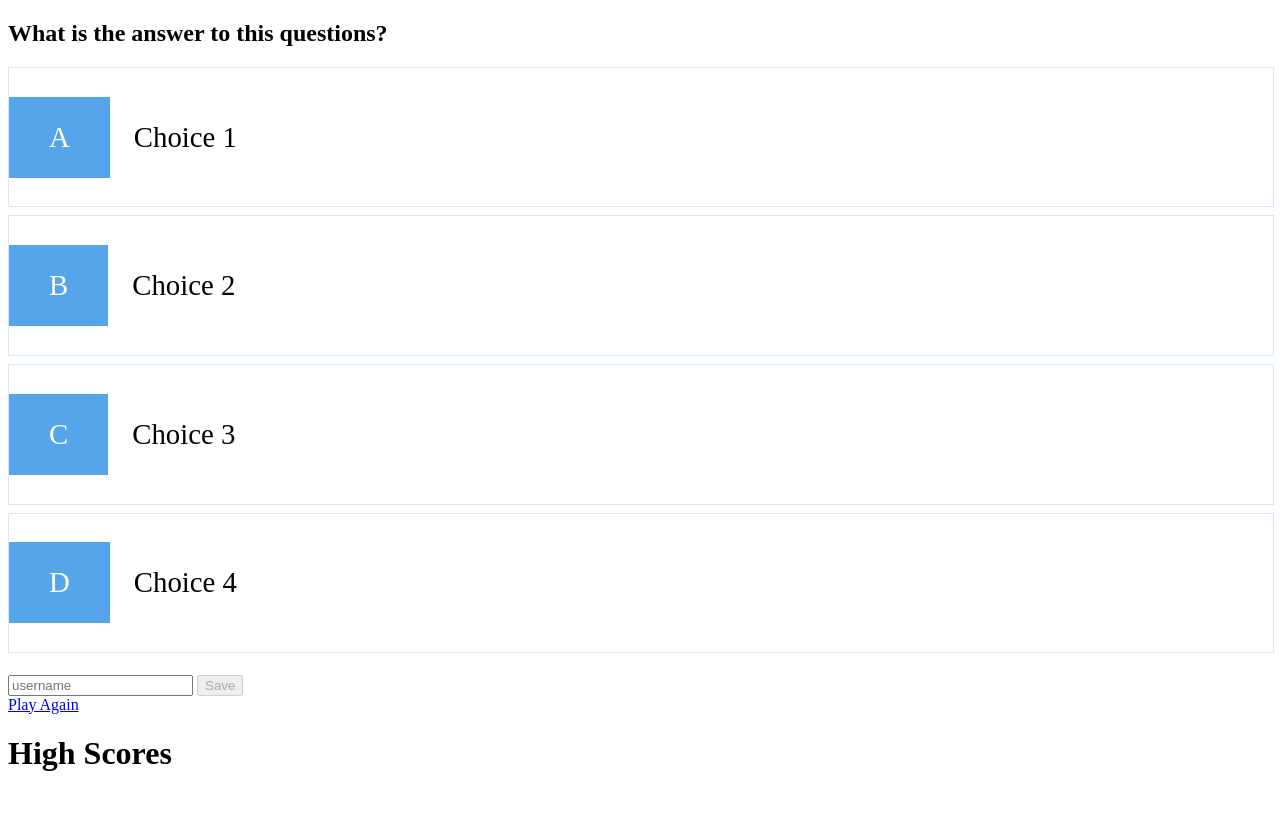
Repository: Q1ngQode/Briana-s-Quiz-App
Page: index.html
The author's editor kept a copy of each file at every save. The page is drawn from the files as they stood at one save, then again after the next save.
The browser window is 1280 px wide. The pictures show the whole page.

Above is the page before, as saved 2022-08-08 22:50:23.
Not found: highscores.js

After the next save:
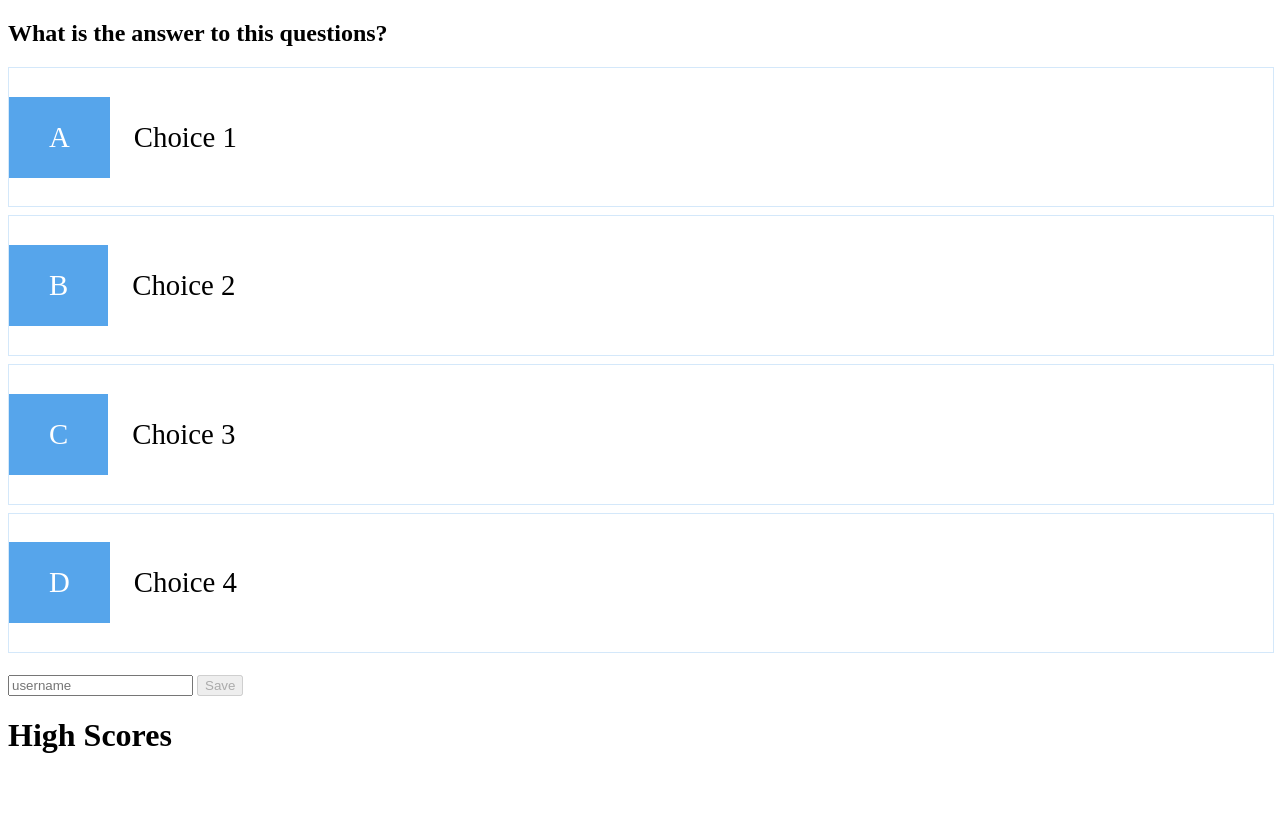
Saved 8 s later.
--- a/index.html
+++ b/index.html
@@ -60,7 +60,7 @@
             Save
           </button>
         </form>
-        <a class="btn" href="/index.html">Play Again</a>
+        <a class="btn" href="/index.html"></a>
       </div>
     </div>
     <script src="end.js"></script>
